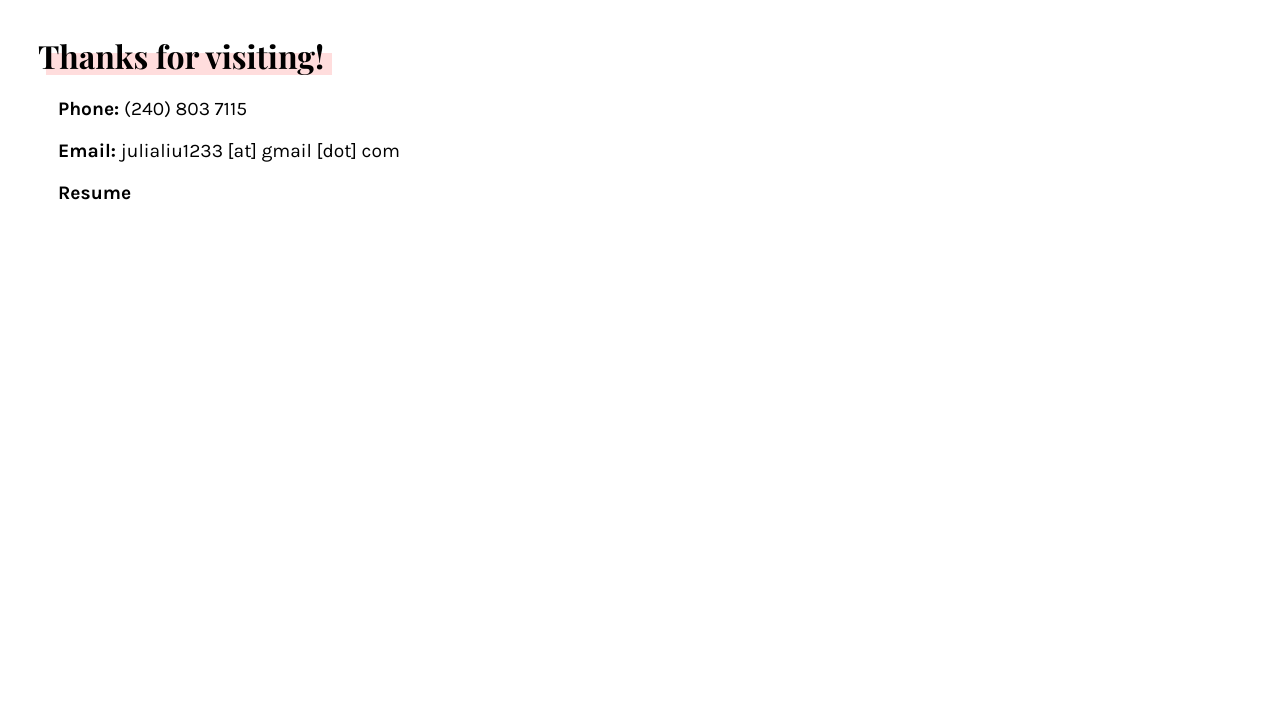
Repository: liu-julia/liu-julia.github.io
Page: about.html
The author's editor kept a copy of each file at every save. The page is drawn from the files as they stood at one save, then again after the next save.
The browser window is 1280 px wide. The pictures show the whole page.

Above is the page before, as saved 2022-04-28 12:24:19.

### about.html
<!DOCTYPE html>
<html lang="en">
<head>
    <meta charset="UTF-8">
    <meta http-equiv="X-UA-Compatible" content="IE=edge">
    <meta name="viewport" content="width=device-width, initial-scale=1.0">
    <link rel="preconnect" href="https://fonts.googleapis.com">
    <link rel="preconnect" href="https://fonts.gstatic.com" crossorigin>
    <link href="https://fonts.googleapis.com/css2?family=Karla:wght@300;400;700&family=Open+Sans:wght@300;400;700&family=Playfair+Display:wght@400;700&family=Prata&display=swap" rel="stylesheet">
    <link rel="stylesheet" href="css/styles.css">
    <link rel="icon" href="images/jllogo.png">
    <script src="js/scripts.js"></script>
    <title>Julia Liu</title>
</head>
<body>
    <header id="topbar">
        <img id="logo" src="images/jllogo.png" alt="JL logo">
        <div id="navbar">
            <a class="hl_hover" href="index.html">Projects</a>
            <a class="highlighted" href="about.html">About</a>
            <a class="hl_hover" href="contact.html">Contact</a>
        </div>
    </header>
    <div id="content">

        <div id="foot">
            <h3 class="highlighted">Thanks for visiting!</h3>
            <div>
                <p><b>Phone: </b> (240) 803 7115</p>
                <p><b>Email: </b> juli<!--anti spam-->aliu1233 <!--anti spam--> [at] gmai<!--anti spam-->l [dot] com</p>
                <a href="JuliaLiu.pdf"><b>Resume</b></a>
            </div>
        </div>
    </div>
</body>
</html>

### css/styles.css
:root {
    font-family: 'Karla', sans-serif;
}
html {
    height: 100%;
}
header {
    position: fixed;
    top: 0;
    left: 0;
    right: 0;
    width: 100%;
    height: 60px;
    background-color: white;
    z-index: 1;
    box-shadow: 0 0 10px #FFFFFF;
    transition: top .2s;
}
#logo {
    width: 25px;
    height: 35px;
    padding: 13px;
}
#navbar {
    float: right;
}
#navbar a {
    position: relative;
    top: 10px;
    margin-right: 25px;
    align-self: center;
    color: black;
}
body {
    height: 100%;
}
#content {
    height: 100%;
}
h1 {
    font-family: 'Prata', serif;
    font-weight: 400;
    font-size: 6em;
}
#top {
    height: 100%;
}
h1{
    position: absolute;
    bottom: 12rem;
    left: 1rem;
    right: 1rem;
    text-align: center;
    margin: auto;
    width: 75%;
}
h1.highlighted::before {
    content: "";
    position: absolute;
    width: 100%;
    background: #ffdddd;
    left: .25em;
    bottom: .15em;
    height: .7em;
    z-index: -1;
    animation: highlightAnimation ease 3s;
    animation-iteration-count: 1;
    animation-fill-mode: forwards;
}

@keyframes highlightAnimation {
    0% {
        transform: scaleX(0);
        transform-origin: left;
    }
    100% {
        transform: scaleX(1);
        transform-origin: left;
     }
}

#navbar a.highlighted::before {
    content: "";
    position: absolute;
    width: 100%;
    background: #ffdddd;
    left: .25em;
    bottom: .05em;
    height: .7em;
    z-index: -1;
}
.hl_hover::before {
    content: "";
    position: absolute;
    width: 100%;
    background: #ffdddd;
    left: .25em;
    bottom: .05em;
    height: .7em;
    z-index: -1;
    transition: transform 0.5s;
    transform: scaleX(0);
    transform-origin: right;
}
.hl_hover:hover::before {
    transform: scaleX(1);
    transform-origin: left;
}
h2 {
    font-family: 'Playfair Display', serif;
    font-size: 3em;
}
h3 {
    font-family: 'Playfair Display', serif;
    font-size: 2em;

}
h3.highlighted::before {
    content: "";
    position: absolute;
    width: 100%;
    background: #ffdddd;
    left: .25em;
    bottom: .05em;
    height: .7em;
    z-index: -1;
}
#navbar a {
    font-family: 'Playfair Display', serif;
    font-size: 1.5em;
    font-weight: 700;
    text-decoration: none;
}
p {
    font-size: 1.2rem;
}
#head_desc {
    font-size: 1.5em;
    font-weight: 400;
    position: absolute;
    bottom: 6rem;
    width: 90%;
    left: 1rem;
    right: 1rem;
    text-align: center;
    margin: auto;
    width: 75%;
}
.project {
    display: flex;
    align-items: center;
}
#face {
    position: absolute;
    width: 350px;
    height: 350px;
    top: 5rem;
    left: 30rem;
    right: 30rem;
    border-radius: 2em;
    margin: auto;
    box-shadow: 2px 2px 10px #00000066;
}
#foot {
    padding-left: 30px;
    position: absolute;
    width: 90%;
    height: 40%;
}
#foot h3.highlighted {
    position: absolute;
    bottom: 65%;
}
#foot div {
    position: absolute;
    bottom: 25%;
    padding: 20px;
}
a {
    color: black;
    text-decoration: underline;
    text-decoration-color: #ffb4b400;
    transition: text-decoration ease-in .2s;
}
#foot a {
    font-size: 1.2rem;
}
a:hover {
    text-decoration-color: #ffb4b4;
}
#construction {
    padding-left: 30px;
}

body {
    animation: fadeInAnimation ease 2s;
    animation-iteration-count: 1;
    animation-fill-mode: forwards;
}

@keyframes fadeInAnimation {
    0% {
        opacity: 0;
    }
    100% {
        opacity: 1;
     }
}
.project {
    width: 80%;
    display: flex;
    margin: auto;
    height: 40%;
    padding: 2.5rem;
}
.project img {
    max-width: 40%;
    max-height: 100%;
    box-shadow: 2px 2px 10px #00000066;
    border-radius: 2rem;
    margin: 2em;
}
.project-text {
    width: 50%;
}

### js/scripts.js
var prevScrollpos = window.pageYOffset;
window.onscroll = function() {
  var currentScrollPos = window.pageYOffset;
  if (prevScrollpos > currentScrollPos) {
    document.getElementById("topbar").style.top = "0";
  } else {
    document.getElementById("topbar").style.top = "-70px";
  }
  prevScrollpos = currentScrollPos;
}

After the next save:
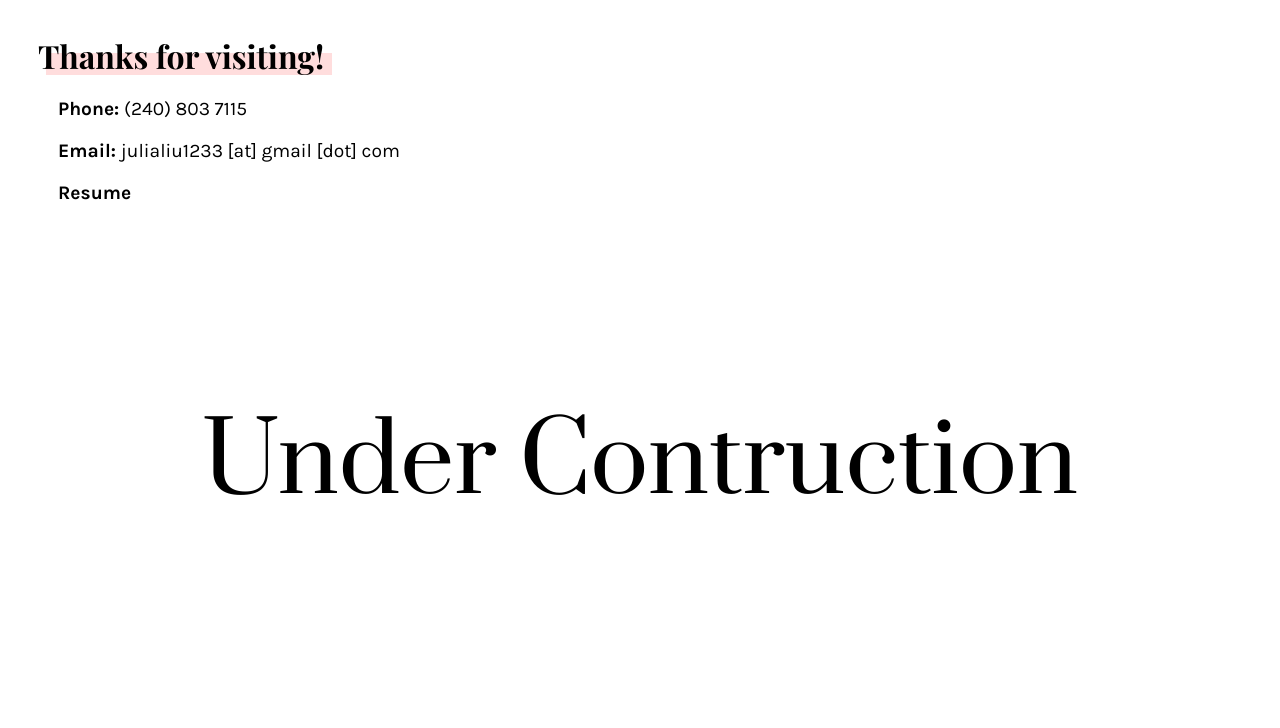
Saved 43 s later.
--- a/about.html
+++ b/about.html
@@ -22,7 +22,9 @@
         </div>
     </header>
     <div id="content">
-
+        <div>
+            <h1>Under Contruction</h1>
+        </div>
         <div id="foot">
             <h3 class="highlighted">Thanks for visiting!</h3>
             <div>
